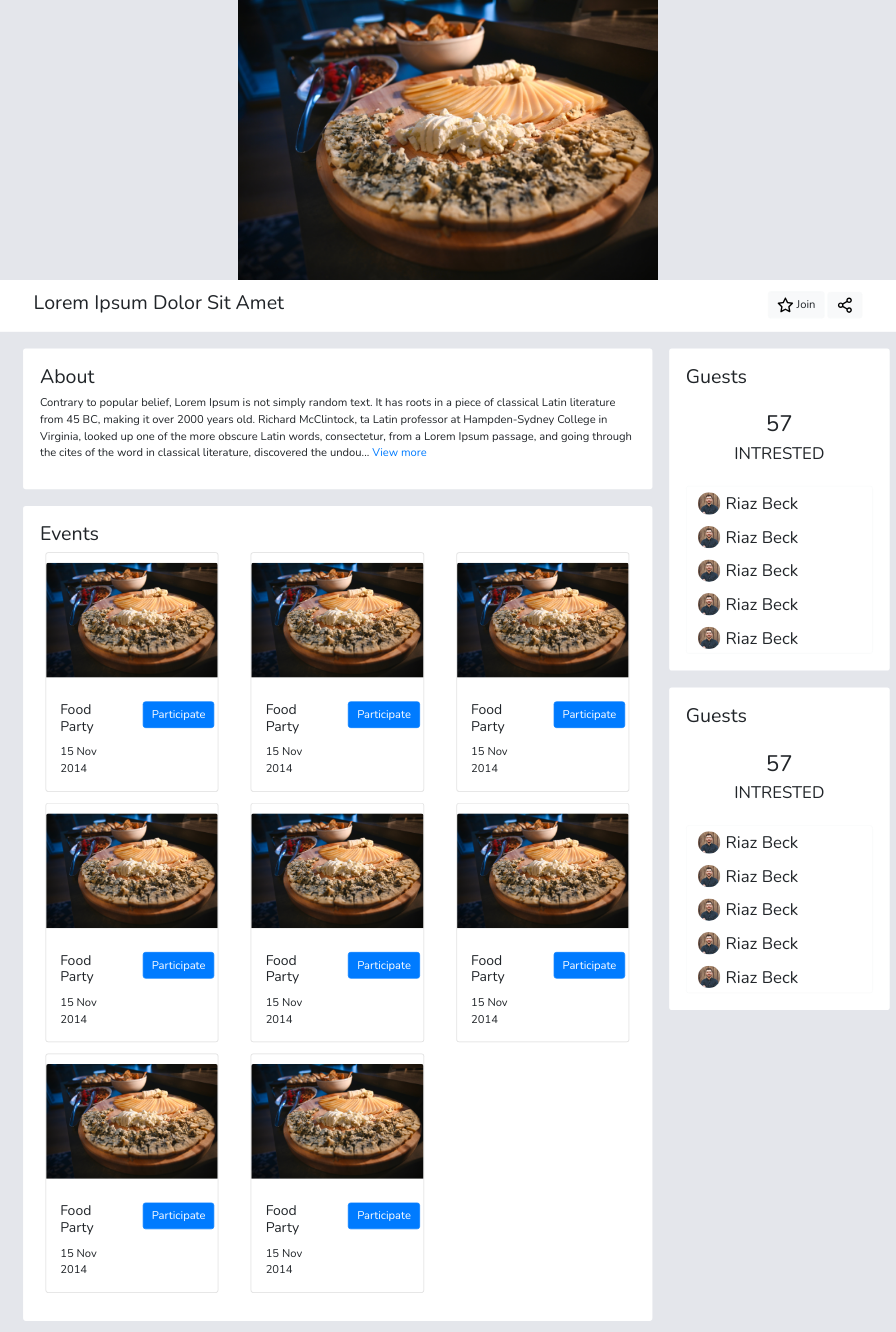
Repository: iamrachid/ensaevents
Page: club.html
An editor plug-in stored every save of this project. The page is shown before and after the next save, followed by the edit.
The browser window is 1280 px wide. The pictures show the whole page, at 70% of full size.

Above is the page before, as saved 2021-11-25 19:37:38.

After the next save:
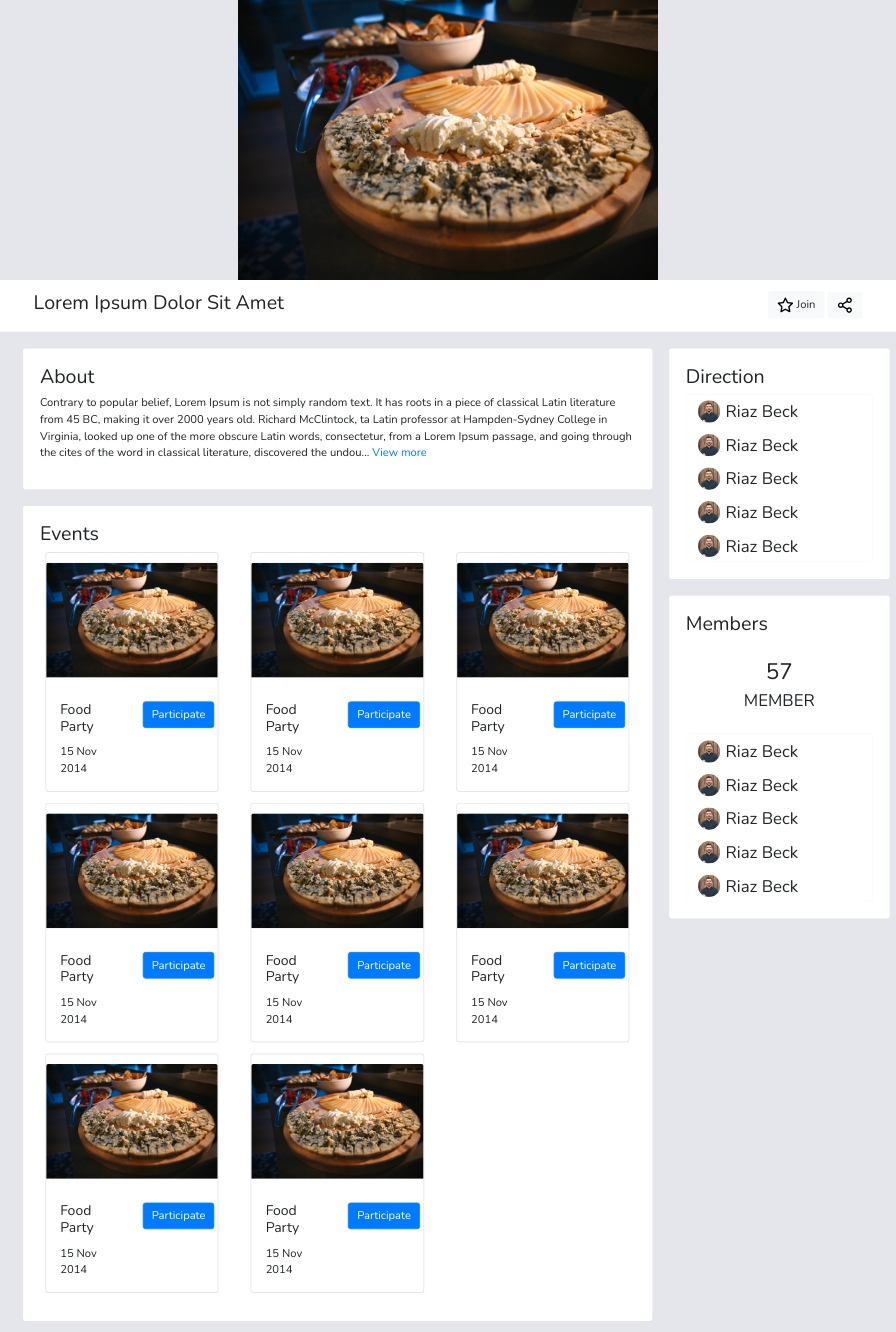
Saved 81 s later.
--- a/club.html
+++ b/club.html
@@ -241,63 +241,56 @@
     </div>
     <div class="px-4 px-md-0 py-4 col-md-4 col-lg-3  col-sm-12 ">
         <div class="bg-white mb-4 p-4 rounded">
-            <h3>Guests</h3>
+            <h3>Direction</h3>
+            <div class="overflow-auto border-light border rounded users px-2">
+                <div class="user d-flex align-items-center">
+                    <img class="user-img m-2" src="assets/img/user.png" />
+                    <span class="user-name">Riaz Beck</span>
+                </div>
+                <div class="user d-flex align-items-center">
+                    <img class="user-img m-2" src="assets/img/user.png" />
+                    <span class="user-name">Riaz Beck</span>
+                </div>
+                <div class="user d-flex align-items-center">
+                    <img class="user-img m-2" src="assets/img/user.png" />
+                    <span class="user-name">Riaz Beck</span>
+                </div>
+                <div class="user d-flex align-items-center">
+                    <img class="user-img m-2" src="assets/img/user.png" />
+                    <span class="user-name">Riaz Beck</span>
+                </div>
+                <div class="user d-flex align-items-center">
+                    <img class="user-img m-2" src="assets/img/user.png" />
+                    <span class="user-name">Riaz Beck</span>
+                </div>
+                <div class="user d-flex align-items-center">
+                    <img class="user-img m-2" src="assets/img/user.png" />
+                    <span class="user-name">Riaz Beck</span>
+                </div>
+                <div class="user d-flex align-items-center">
+                    <img class="user-img m-2" src="assets/img/user.png" />
+                    <span class="user-name">Riaz Beck</span>
+                </div>
+                <div class="user d-flex align-items-center">
+                    <img class="user-img m-2" src="assets/img/user.png" />
+                    <span class="user-name">Riaz Beck</span>
+                </div>
+                <div class="user d-flex align-items-center">
+                    <img class="user-img m-2" src="assets/img/user.png" />
+                    <span class="user-name">Riaz Beck</span>
+                </div>
+                <div class="user d-flex align-items-center">
+                    <img class="user-img m-2" src="assets/img/user.png" />
+                    <span class="user-name">Riaz Beck</span>
+                </div>
+            </div>
+        </div>
+        <div class="bg-white p-4 rounded">
+            <h3>Members</h3>
             <div class="d-flex  justify-content-center py-4">
                 <div class="d-flex flex-column align-items-center">
                     <h2 cla>57</h2>
-                    <h4 class="text-uppercase">Intrested</h4>
-                </div>
-
-            </div>
-            <div class="overflow-auto border-light border rounded users px-2">
-                <div class="user d-flex align-items-center">
-                    <img class="user-img m-2" src="assets/img/user.png" />
-                    <span class="user-name">Riaz Beck</span>
-                </div>
-                <div class="user d-flex align-items-center">
-                    <img class="user-img m-2" src="assets/img/user.png" />
-                    <span class="user-name">Riaz Beck</span>
-                </div>
-                <div class="user d-flex align-items-center">
-                    <img class="user-img m-2" src="assets/img/user.png" />
-                    <span class="user-name">Riaz Beck</span>
-                </div>
-                <div class="user d-flex align-items-center">
-                    <img class="user-img m-2" src="assets/img/user.png" />
-                    <span class="user-name">Riaz Beck</span>
-                </div>
-                <div class="user d-flex align-items-center">
-                    <img class="user-img m-2" src="assets/img/user.png" />
-                    <span class="user-name">Riaz Beck</span>
-                </div>
-                <div class="user d-flex align-items-center">
-                    <img class="user-img m-2" src="assets/img/user.png" />
-                    <span class="user-name">Riaz Beck</span>
-                </div>
-                <div class="user d-flex align-items-center">
-                    <img class="user-img m-2" src="assets/img/user.png" />
-                    <span class="user-name">Riaz Beck</span>
-                </div>
-                <div class="user d-flex align-items-center">
-                    <img class="user-img m-2" src="assets/img/user.png" />
-                    <span class="user-name">Riaz Beck</span>
-                </div>
-                <div class="user d-flex align-items-center">
-                    <img class="user-img m-2" src="assets/img/user.png" />
-                    <span class="user-name">Riaz Beck</span>
-                </div>
-                <div class="user d-flex align-items-center">
-                    <img class="user-img m-2" src="assets/img/user.png" />
-                    <span class="user-name">Riaz Beck</span>
-                </div>
-            </div>
-        </div>
-        <div class="bg-white p-4 rounded">
-            <h3>Guests</h3>
-            <div class="d-flex  justify-content-center py-4">
-                <div class="d-flex flex-column align-items-center">
-                    <h2 cla>57</h2>
-                    <h4 class="text-uppercase">Intrested</h4>
+                    <h4 class="text-uppercase">Member</h4>
                 </div>
 
             </div>
